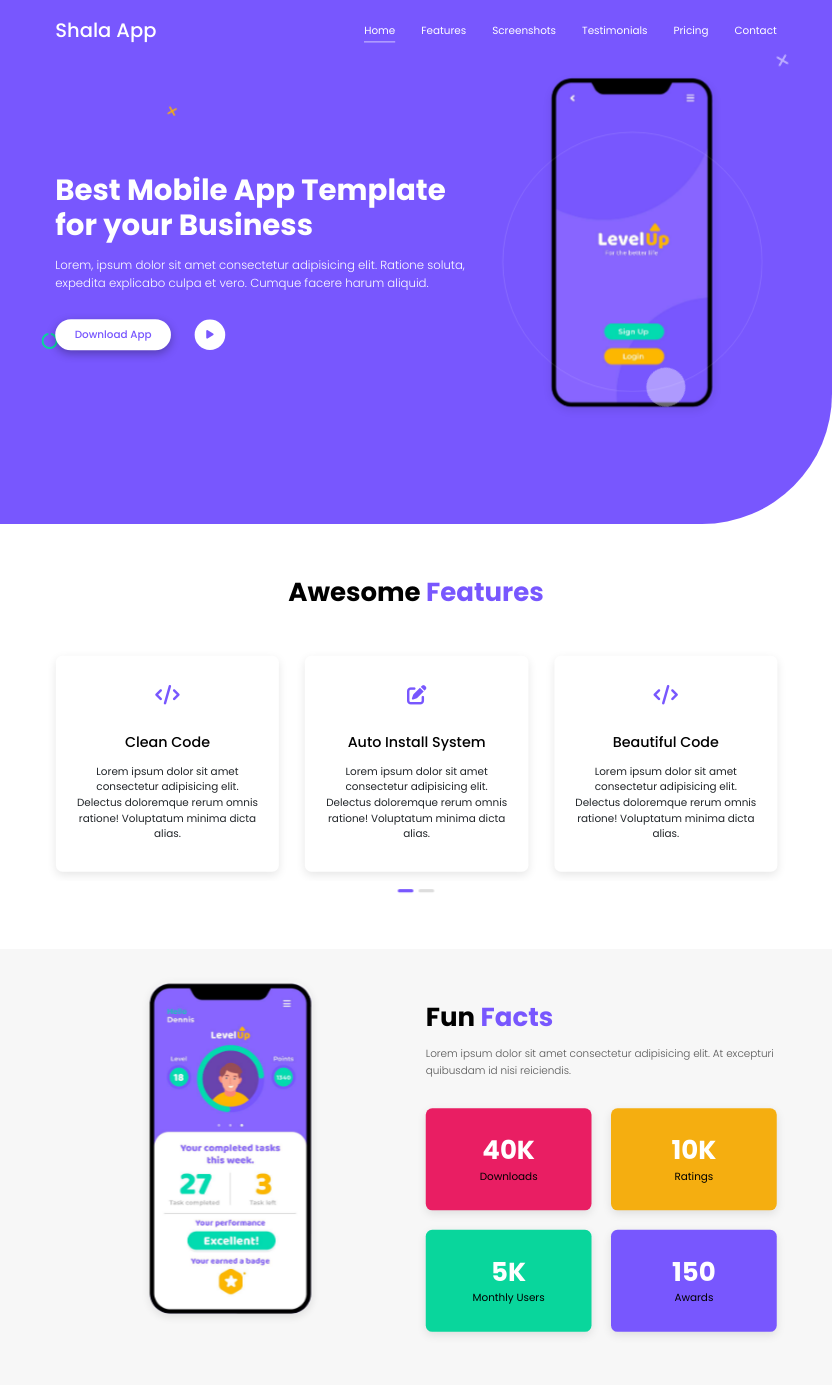
Repository: Mohamed-Hema/Shala-App
Page: index.html
These files come from the project's save history. The page is drawn as it stood at one moment and after the next save; the edit follows.
The browser window is 1280 px wide. The pictures show the whole page, at 65% of full size.
Some web libraries are served in a nearby version.

Above is the page before, as saved 2021-02-19 17:12:56.

### index.html
<!DOCTYPE html>
<html lang="zxx">
<head>
  <title>Shala - App Landing Page</title>
  <meta charset="utf-8">
  <meta name="viewport" content="width=device-width, initial-scale=1">
  <!-- owl carousel css -->
  <link rel="stylesheet" href="css/owl.carousel.min.css">
  <!-- font awesome icons -->
  <script src="https://kit.fontawesome.com/794108ad0e.js" crossorigin="anonymous"></script>
  <!-- bootstrap css -->
  <link rel="stylesheet" href="css/bootstrap.min.css">
  <!-- main css -->
  <link rel="stylesheet" href="css/style.css">
</head>
<body>

  <!-- Start NavBar -->
  <nav class="navbar navbar-expand-md fixed-top">
    <div class="container">
      <!-- Brand -->
      <a class="navbar-brand" href="#">Shala App</a>

      <!-- Toggler/collapsibe Button -->
      <button class="navbar-toggler" type="button" data-toggle="collapse" data-target="#collapsibleNavbar">
        <span class="navbar-toggler-icon"></span>
      </button>

      <!-- Navbar links -->
      <div class="collapse navbar-collapse" id="collapsibleNavbar">
        <ul class="navbar-nav ml-auto">
          <li class="nav-item">
            <a class="nav-link active" href="#">Home</a>
          </li>
          <li class="nav-item">
            <a class="nav-link" href="#">Features</a>
          </li>
          <li class="nav-item">
            <a class="nav-link" href="#">Screenshots</a>
          </li>
          <li class="nav-item">
            <a class="nav-link" href="#">Testimonials</a>
          </li>
          <li class="nav-item">
            <a class="nav-link" href="#">Pricing</a>
          </li>
          <li class="nav-item">
            <a class="nav-link" href="#">Contact</a>
          </li>
        </ul>
      </div>
    </div>
  </nav>

  <!-- End NavBar -->
  <!-- Start Home Section -->
  <section class="home d-flex align-items-center">
    <div class="effect-wrap">
      <i class="fas fa-plus effect effect-1"></i>
      <i class="fas fa-plus effect effect-2"></i>
      <i class="fas fa-circle-notch effect effect-3"></i>
    </div>
    <div class="container">
      <div class="row align-items-center">
        <div class="col-md-7">
          <div class="home-text">
            <h1>Best Mobile App Template for your Business</h1>
            <p>Lorem, ipsum dolor sit amet consectetur adipisicing elit. Ratione soluta, expedita explicabo culpa et vero. Cumque facere harum aliquid.</p>
            <div class="home-btn">
              <a href="#" class="btn btn-1">Download App</a>
              <button type="button" class="btn btn-1 video-play-btn">
                <i class="fas fa-play"></i>
              </button>
            </div>
          </div>
        </div>
        <div class="col-md-5 text-center">
          <div class="home-img">
            <div class="circle"></div>
            <img src="img/app-screenshots/1.png" alt="First App Screen">
          </div>
        </div>
      </div>
    </div>
  </section>
  <!-- End Home Section -->
  <!-- Start Video PopUp -->
  <div class="video-popup">
    <div class="video-popup-inner">
      <i class="fas fa-times video-popup-close"></i>
      <div class="iframe-box">
        <iframe id="player-1" src="https://www.youtube.com/embed/o1eY1MPcRQs" allow="accelerometer; autoplay; clipboard-write; encrypted-media; gyroscope; picture-in-picture" allowfullscreen></iframe>
      </div>
    </div>
  </div>
  <!-- End Video PopUP -->
  <!-- Start Features Section -->
  <section class="features section-padding">
    <div class="container">
      <div class="row justify-content-center">
        <div class="col-lg-8">
          <div class="section-title">
            <h2>Awesome <span>Features</span></h2>
          </div>
        </div>
      </div>
      <div class="row">
        <div class="owl-carousel features-carousel">
          <div class="feature-item">
            <div class="icon"><i class="fas fa-code"></i></div>
            <h3>Clean Code</h3>
            <p>Lorem ipsum dolor sit amet consectetur adipisicing elit. Delectus doloremque rerum omnis ratione! Voluptatum minima dicta alias.</p>
          </div>
          <div class="feature-item">
            <div class="icon"><i class="fas fa-edit"></i></div>
            <h3>Auto Install System</h3>
            <p>Lorem ipsum dolor sit amet consectetur adipisicing elit. Delectus doloremque rerum omnis ratione! Voluptatum minima dicta alias.</p>
          </div>
          <div class="feature-item">
            <div class="icon"><i class="fas fa-code"></i></div>
            <h3>Beautiful Code</h3>
            <p>Lorem ipsum dolor sit amet consectetur adipisicing elit. Delectus doloremque rerum omnis ratione! Voluptatum minima dicta alias.</p>
          </div>
          <div class="feature-item">
            <div class="icon"><i class="fas fa-check"></i></div>
            <h3>Fast Load App</h3>
            <p>Lorem ipsum dolor sit amet consectetur adipisicing elit. Delectus doloremque rerum omnis ratione! Voluptatum minima dicta alias.</p>
          </div>
          <div class="feature-item">
            <div class="icon"><i class="fas fa-desktop"></i></div>
            <h3>Responsive Design</h3>
            <p>Lorem ipsum dolor sit amet consectetur adipisicing elit. Delectus doloremque rerum omnis ratione! Voluptatum minima dicta alias.</p>
          </div>

        </div>
      </div>
    </div>
  </section>

  <!-- End Features Section -->
  <!-- Start Fun Facts Section -->
  <section class="fun-facts section-padding">
    <div class="container">
      <div class="row">
        <div class="col-lg-6 col-md-5 d-flex align-items-center justify-content-center">
          <div class="fun-facts-img">
            <img src="img/app-screenshots/2.png" alt="Fun Facts">
          </div>
        </div>
        <div class="col-lg-6 col-md-7">
          <div class="section-title">
            <h2>Fun <span>Facts</span></h2>
          </div>
          <div class="fun-facts-text">
            <p>Lorem ipsum dolor sit amet consectetur adipisicing elit. At excepturi quibusdam id nisi reiciendis.</p>
            <div class="row">
              <div class="col-sm-6">
                <div class="fun-fact-item style-1">
                  <h3>40K</h3>
                  <span>Downloads</span>
                </div>
              </div>
              <div class="col-sm-6">
                <div class="fun-fact-item style-2">
                  <h3>10K</h3>
                  <span>Ratings</span>
                </div>
              </div>
              <div class="col-sm-6">
                <div class="fun-fact-item style-3">
                  <h3>5K</h3>
                  <span>Monthly Users</span>
                </div>
              </div>
              <div class="col-sm-6">
                <div class="fun-fact-item style-4">
                  <h3>150</h3>
                  <span>Awards</span>
                </div>
              </div>
            </div>
            </div>
          </div>
        </div>
      </div>
    </div>
  </section>

  <!-- End Fun Facts Section -->

<!-- jquery js -->
<script src="js/jquery.min.js"></script>
<!-- popper js -->
<script src="js/popper.min.js"></script>
<!-- bootstrap js -->
<script src="js/bootstrap.min.js"></script>
<!-- owl carousel js -->
<script src="js/owl.carousel.min.js"></script>
<!-- ScrollIt js -->
<script src="js/scrollIt.min.js"></script>
<!-- main js -->
<script src="js/main.js"></script>
</body>
</html>

### css/style.css
/* Start Global Styles */
@import url('https://fonts.googleapis.com/css2?family=Poppins:wght@300;400;500;600;700;800;900&display=swap');

*{
    margin: 0;
    padding: 0;
    outline: none!important;
}

:root{
    --main-color: #7857fe;
    --color-1: #e91e63;
    --color-2: #f5ae10;
    --color-3: #09d69c;
    --bg-dark: #2b2c2f;
    --main-to-dark-color: var(--main-color);
    --dark-to-main-color: var(--bg-dark);
    --shadow-black-100: 0 5px 15px rgba(0,0,0,.1);
    --shadow-black-300: 0 5px 15px rgba(0,0,0,.3);
    --black-900: #000;
    --black-400: #555555;
    --black-100: #f7f7f7;
    --black-000: #fff;
    --black-alpha-100: rgba(0,0,0,0.05);
}

body{
    font-family: 'Poppins', sans-serif;
    font-size: 16px;
    font-weight: 400;
    overflow-x: hidden;
    background-color: #fff;
    line-height: 1.5;
}
img{
    max-width: 100%;
    vertical-align: middle;
}
ul{
    list-style: none;
}
.btn-1{
    background-color: #fff;
    padding: 12px 30px;
    border: none;
    border-radius: 30px;
    color: var(--main-color);
    font-size: 16px;
    transition: all .5s ease;
    box-shadow: var(--shadow-black-300);
    font-weight: 500;
}
.btn-1:focus{
    box-shadow: var(--shadow-black-300);
}
.btn-1:hover{
    color: #fff;
    background-color: var(--main-color);
}
@keyframes spin_01{
    0%{
        transform: rotate(0deg);
    }
    100%{
        transform: rotate(360deg);
    }
}
@keyframes bounceTop_01{
    0%, 100%{
        transform: translateY(-30px);
    }
    50%{
        transform: translateY(0px);
    }
}
@keyframes pulse_01{
    0%{
        transform: scale(0.94);
        box-shadow: 0 0 0 0 rgba(255,255,255,0.7);
    }
    70%{
        transform: scale(1);
        box-shadow: 0 0 0 12px rgba(255,255,255,0);
    }
    100%{
        transform: scale(0.94);
        box-shadow: 0 0 0 0 rgba(255, 255, 255, 0);
    }
}
.effect-wrap .effect{
    position: absolute;
    z-index: -1;
}
.effect-wrap .effect-1{
    left: 20%;
    top: 20%;
    font-size: 20px;
    color: var(--color-2);
    animation: spin_01 5s linear infinite;
}
.effect-wrap .effect-2{
    right: 5%;
    top: 10%;
    font-size: 25px;
    color: rgba(255, 255, 255, .5);
    animation: spin_01 7s linear infinite;
}
.effect-wrap .effect-3{
    left: 5%;
    bottom: 30%;
    font-size: 25px;
    color: var(--color-3);
    animation: bounceTop_01 3s linear infinite;
}
.section-padding{
    padding: 80px 0;
}
.section-title h2{
    font-size: 40px;
    color: var(--black-900);
    font-weight: 700;
    text-align: center;
    margin: 0;
}
.section-title{
    margin-bottom: 60px;
}
.section-title h2 span{
    color: var(--main-color);
}
.owl-carousel .owl-dots{
    color: var(--main-color);
}
.owl-carousel .owl-dots{
    text-align: center;
}
.owl-carousel .owl-dots .active{
    background-color: var(--main-color);
}
.owl-carousel button.owl-dot{
    height: 5px;
    width: 24px;
    background-color: #ddd;
    display: inline-block;
    margin: 0 4px;
    border-radius: 5px;
}
/* End Global Styles */
/* Start Navbar */
.navbar{
    background-color: transparent;
    padding: 20px 0;
    transition: all .5s ease;
}
.navbar.navbar-shrink{
    box-shadow: 0 10px 10px rgba(0, 0, 0, .1);
    background-color: var(--main-color);
    padding: 10px 0;
}
.navbar > .container{
    padding: 0 15px;
}
.navbar .navbar-brand{
    font-size: 30px;
    color: #fff;
    font-weight: 500;
}
.navbar .nav-item{
    margin-left: 40px;
}
.navbar .nav-item .nav-link{
    color: #fff;
    font-size: 16px;
    font-weight: 400;
    padding: 5px 0;
    position: relative;
}
.navbar .nav-item .nav-link::before{
    content: '';
    position: absolute;
    left: 0;
    right: 0;
    bottom: 0;
    height: 1px;
    background-color: #fff;
    transition: all .5s ease;
    transform: scale(0);
}
.navbar .nav-item .nav-link.active::before,
.navbar .nav-item .nav-link:hover::before{
    transform: scale(1);
}
.navbar .nav-item .nav-link:hover.active::before{
    transform: scale(0);
}
/* End Navbar */
/* Start Home Section */
.home{
    min-height: 100vh;
    padding: 150px 0;
    background-color: var(--main-to-dark-color);
    border-radius: 0 0 200px 0;
    position: relative;
    z-index: 1;
}
.home-text h1{
    font-size: 45px;
    font-weight: 700;
    color: #fff;
    margin: 0 0 20px;
}
.home-text p{
    font-size: 18px;
    line-height: 28px;
    color: #fff;
    margin: 0;
    font-weight: 300;
}
.home .home-btn{
    margin-top: 40px;
}
.home .home-btn .video-play-btn:hover{
    animation: none;
    box-shadow: var(--shadow-black-300);
}
.home .home-btn .video-play-btn{
    margin-left: 30px;
    height: 50px;
    width: 50px;
    padding: 0;
    font-size: 16px;
    animation: pulse_01 2s ease infinite;
}
.home .home-btn .video-play-btn i{
    line-height: 50px;
}
.home-img img{
    max-width: 250px;
    width: 100%;
    box-shadow: var(--shadow-black-100);
    border-radius: 32px;
    animation: bounceTop_01 3s ease infinite;
}

.home-img{
    position: relative;
}
.home-img .circle{
    position: absolute;
    z-index: 1;
    height: 400px;
    width: 400px;
    border: 1px solid rgba(255, 255, 255, .2);
    border-radius: 50%;
    top: 50%;
    left: 50%;
    transform: translate(-50%, -50%);
}
.home-img .circle::before{
    content: '';
    position: absolute;
    height: 60px;
    width: 60px;
    background-color: rgba(255, 255, 255, .4);
    border-radius: 50%;
    left: 30px;
    top: 30px;
    transform-origin: 170px 170px;
    animation: spin_01 10s linear infinite;
}
/* Video PopUP */
.video-popup{
    padding: 30px;
    position: fixed;
    left: 0;
    top: 0;
    width: 100%;
    height: 100%;
    z-index: 1999;
    background-color: rgba(0,0,0,.7);
    display: flex;
    align-items: center;
    justify-content: center;
    opacity: 0;
    visibility: hidden;
    transition: all .5s ease;
}
.video-popup.open{
    opacity: 1;
    visibility: visible;
}
.video-popup-inner{
    width: 100%;
    max-width: 900px;
    position: relative;
}
.video-popup .video-popup-close{
    position: absolute;
    right: 0;
    top: -30px;
    height: 30px;
    width: 30px;
    font-size: 16px;
    text-align: center;
    line-height: 30px;
    cursor: pointer;
    color: #fff;

}
.video-popup .iframe-box{
    height: 0;
    overflow-x: hidden;
    padding-top: 56.25%;
}
.video-popup #player-1 {
    position: absolute;
    left: 0;
    top: 0;
    width: 100%;
    height: 100%;
    border: 0;
}
/* End Home Section */
/* Start Features Section */
.features .feature-item{
    box-shadow: var(--shadow-black-100);
    margin: 15px;
    padding: 30px;
    border-radius: 10px;
    text-align:center;
    position: relative;
    z-index: 1;
    overflow: hidden;
}
.features .feature-item::after,
.features .feature-item::before{
    content: '';
    position: absolute;
    z-index: -1;
    border-radius: 50%;
    transition: all .5s ease;
    opacity: 0;
}
.features .feature-item::before{
    height: 20px;
    width: 20px;
    background-color: var(--color-1);
    left: -20px;
    top: 40%;
}
.features .feature-item::after{
    height: 30px;
    width: 30px;
    background-color: var(--color-2);
    left: -30px;
    top: 80%;
}
.features .feature-item .icon{
    height: 60px;
    width: 60px;
    margin: 0 auto 30px;
    text-align: center;
    font-size: 30px;
    color: var(--main-color);
    position: relative;
    z-index: 1;
    transition: all .5s ease;
    cursor: pointer;
}
.features .feature-item .icon::before{
    content: '';
    position: absolute;
    left: 100%;
    top: 0;
    width: 100%;
    height: 100%;
    background-color: var(--main-color);
    transition: all .5s ease;
    z-index: -1;
    opacity: 0;
}
.features .feature-item:hover .icon{
    color: #fff;
    font-size: 20px;
}
.features .feature-item:hover .icon::before{
    left: 0;
    border-radius: 50%;
    opacity: 1;

}
.features .feature-item .icon i{
    line-height: 60px;
}
.features .feature-item h3{
    font-size: 22px;
    margin: 0 0 20px;
    color: var(--black-900);
    font-weight: 500;
}
.features .feature-item .icon p{
    font-size: 16px;
    line-height: 26px;
    font-weight: 300;
    color: var(--black-400);
    margin: 0 0 15px;
}
/* End Features Section */
/* Start Fun Facts Section */
.fun-facts{
    background-color: var(--black-100);
}
.fun-facts-img img{
    max-width: 250px;
    width: 100%;
    box-shadow: var(--shadow-black-100);
    border-radius: 32px;
    animation: bounceTop_01 3s ease infinite;
}
.fun-facts .section-title{
    margin-bottom: 20px;
}

.fun-facts .section-title h2{
    text-align: left;
}
.fun-facts-text p{
    font-size: 16px;
    line-height: 26px;
    color: var(--black-400);
    margin: 0 0 15px;
    font-weight: 300;
}
.fun-fact-item{
    padding: 40px 30px;
    text-align: center;
    box-shadow: var(--shadow-black-100);
    border-radius: 10px;
    margin-top: 30px;
    color: #000;
}
.fun-fact-item h3{
    font-size: 40px;
    font-weight: 700;
    color: #fff;
    margin: 0 0 5px;
}
.fun-fact-item p{
    font-size: 16px;
    text-transform: uppercase;
    font-weight: 300;
    margin: 0;
    line-height: 26px;

}
.fun-fact-item.style-1{
    background-color: var(--color-1);
}
.fun-fact-item.style-2{
    background-color: var(--color-2);
}
.fun-fact-item.style-3{
    background-color: var(--color-3);
}
.fun-fact-item.style-4{
    background-color: var(--main-color);
}
/* End Fun Facts Section */

### js/main.js
// import $ from "jQuery";
$(document).ready(function() {
    // NavBar Shrink
    $(window).on("scroll", function() {
        if($(this).scrollTop() > 90) {
            $(".navbar").addClass("navbar-shrink");
        } else {
            $(".navbar").removeClass("navbar-shrink");
        }
    });
    // Video popUP
    const vdeoSrc = $("#player-1").attr("src");
    $(".video-play-btn, .video-popup").on("click", function() {
        if($(".video-popup").hasClass("open")) {
            $(".video-popup").removeClass("open");
            $("#player-1").attr("src", "");
        } else {
            $(".video-popup").addClass("open");
            if($("#player-1").attr("src")==''){
                $("#player-1").attr("src", videoSrc);
            }
        }
    });
    // Features Carousel
    $('.features-carousel').owlCarousel({
        loop:true,
        margin:10,
        responsiveClass:true,
        responsive:{
            0:{
                items:1,
            },
            600:{
                items:2,
            },
            1000:{
                items:3,

            }
        }
    })
});

Loaded but not shown: css/owl.carousel.min.css (library); css/bootstrap.min.css (library); js/jquery.min.js (library); js/popper.min.js (library); js/bootstrap.min.js (library); js/owl.carousel.min.js (library); js/scrollIt.min.js (common file)

After the next save:
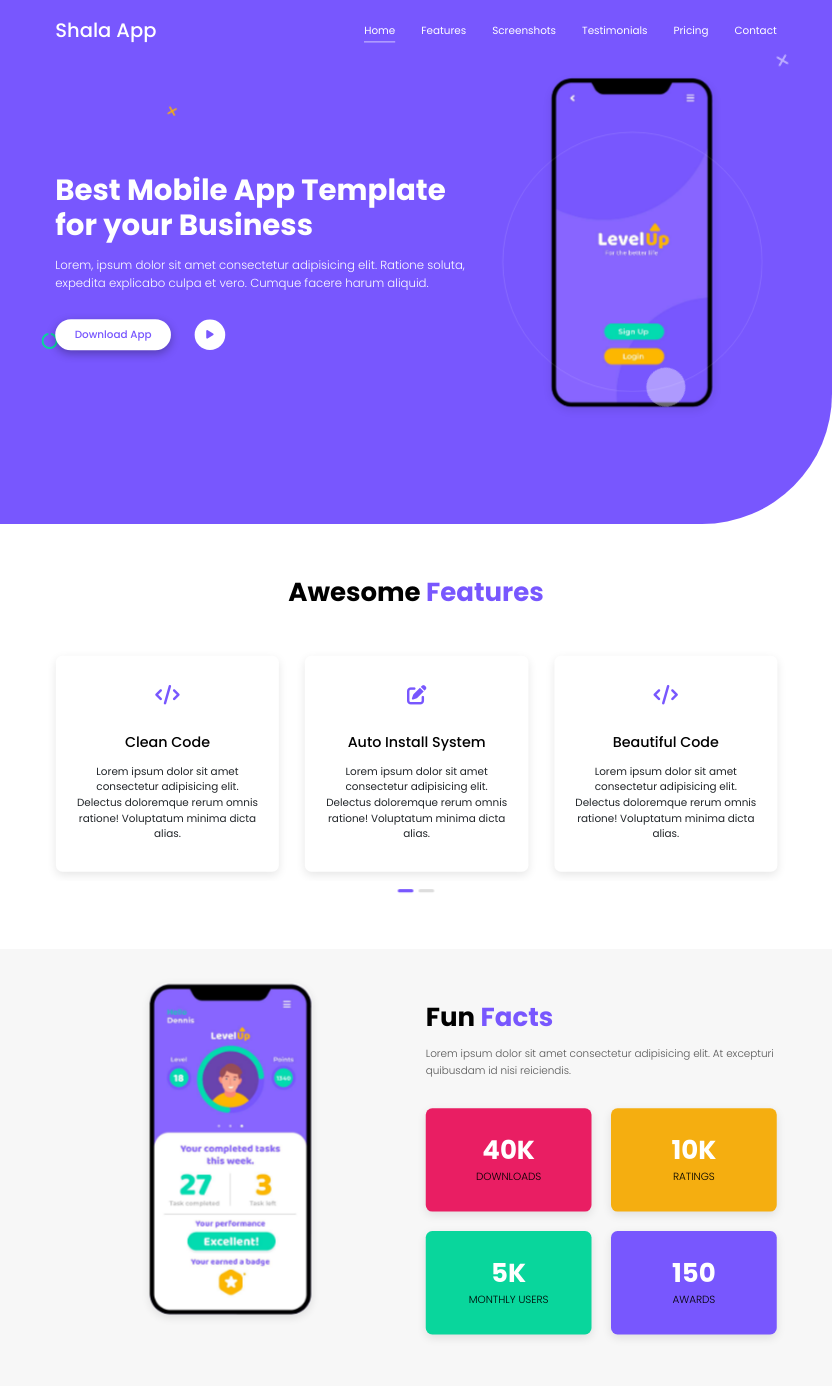
Saved 28 s later.
--- a/css/style.css
+++ b/css/style.css
@@ -445,13 +445,13 @@ ul{
     color: #fff;
     margin: 0 0 5px;
 }
-.fun-fact-item p{
+.fun-fact-item span{
     font-size: 16px;
     text-transform: uppercase;
     font-weight: 300;
     margin: 0;
     line-height: 26px;
-
+    display: block;
 }
 .fun-fact-item.style-1{
     background-color: var(--color-1);
